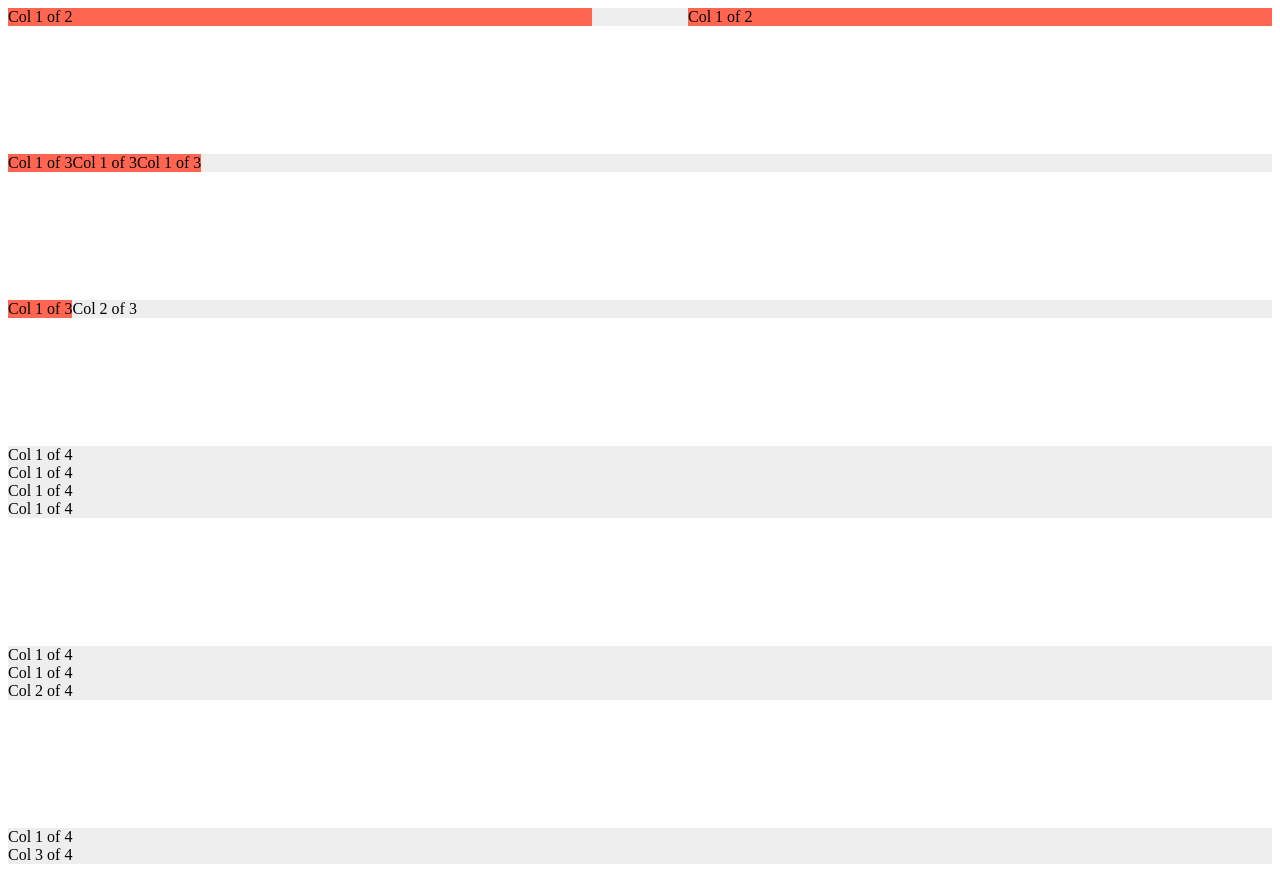
Repository: haokiet2501/grid-basic
Page: index.html
The author's editor kept a copy of each file at every save. The page is drawn from the files as they stood at one save, then again after a run of saves.
The browser window is 1280 px wide. The pictures show the whole page.

Above is the page before, as saved 2022-08-11 18:51:05.

After the next 3 saves:
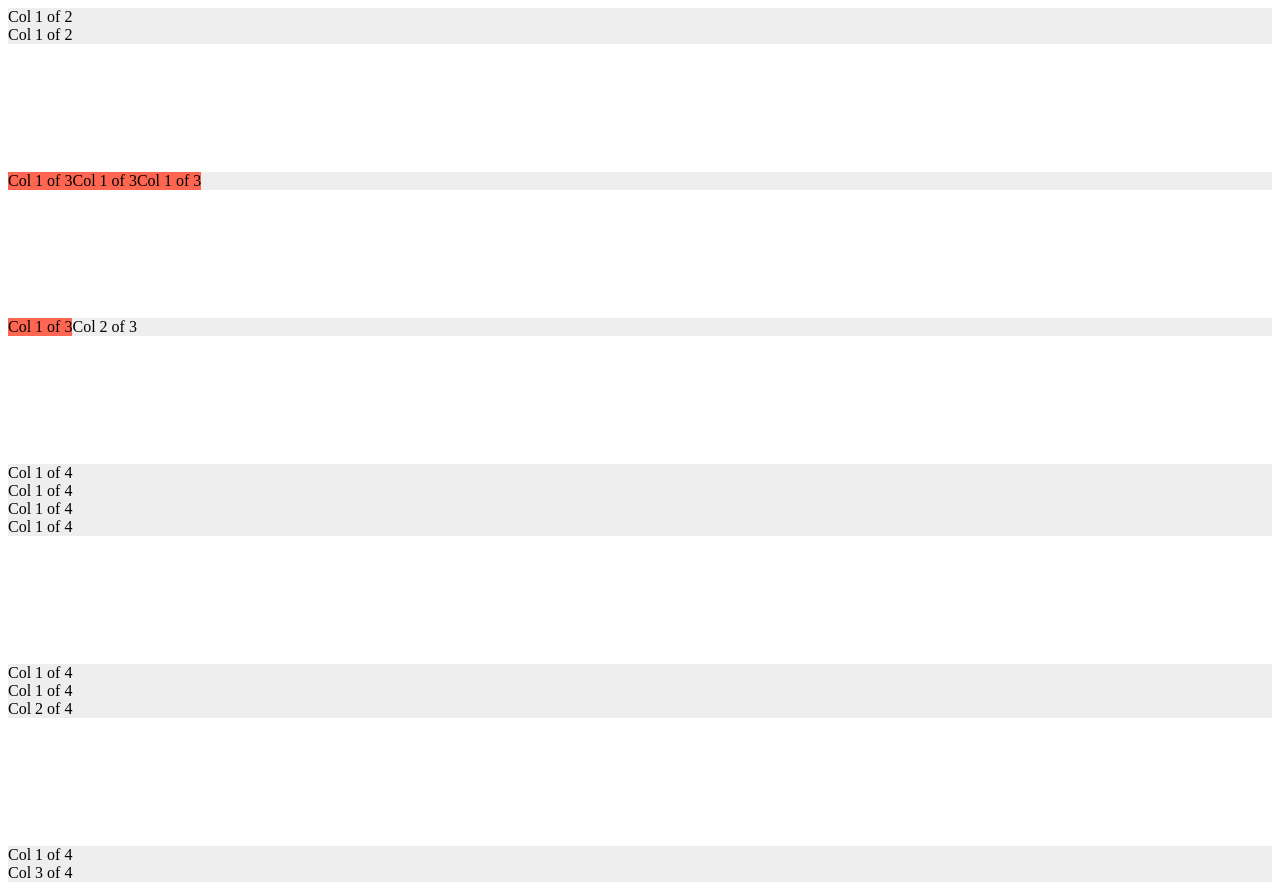
The 3 saves are shown as one change because they came seconds apart.
The last was saved 24 s later.
--- a/styles.css
+++ b/styles.css
@@ -20,6 +20,8 @@
     margin-bottom: var(--gutter-vertical);
 }
 
+[class^]
+
 .col-1-of-2 {
     width: calc((100% - var(--gutter-horizonal)) / 2);
     background-color: #FF6651;

After the save that followed:
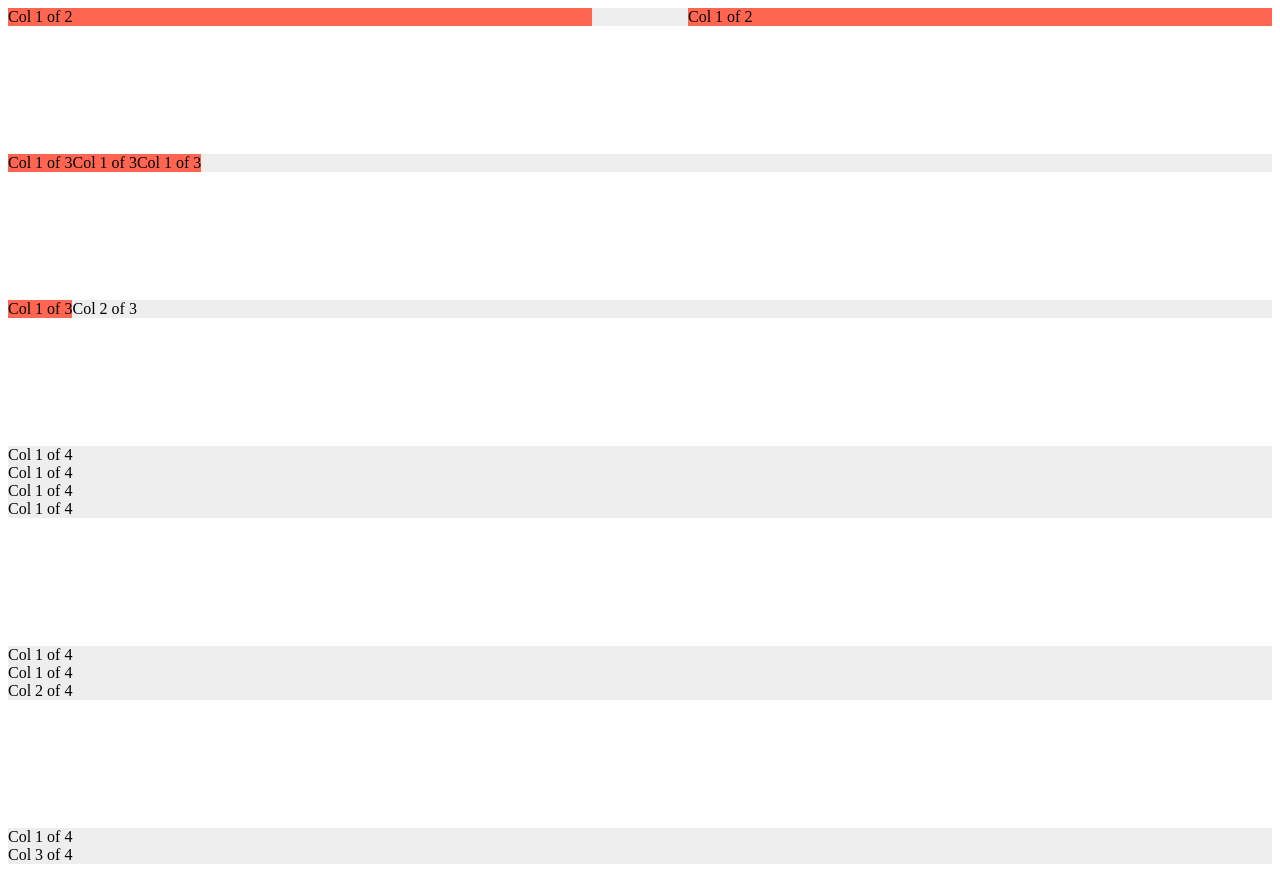
Saved 4 s later.
--- a/styles.css
+++ b/styles.css
@@ -20,7 +20,9 @@
     margin-bottom: var(--gutter-vertical);
 }
 
-[class^]
+[class^=col-3] {
+
+}
 
 .col-1-of-2 {
     width: calc((100% - var(--gutter-horizonal)) / 2);
